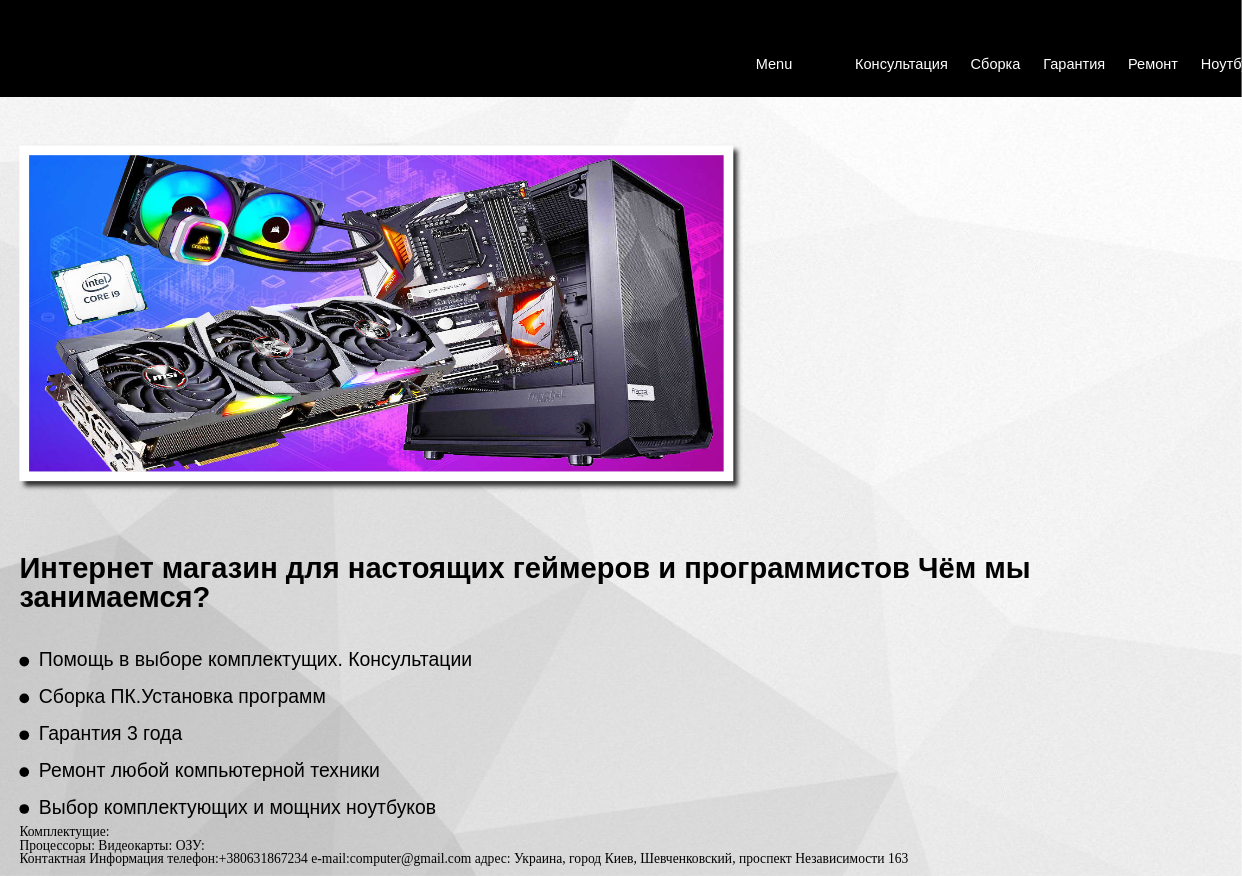
Repository: Bohdan-Sandovenko/First-Project-Flex
Page: index.html
The author's editor kept a copy of each file at every save. The page is drawn from the files as they stood at one save, then again after the next save.
The browser window is 1280 px wide. The pictures show the whole page, at 97% of full size.
The style sheet was rebuilt from its Sass, Less or Tailwind sources for each picture, by a compiler version that may differ from the author's.

Above is the page before, as saved 2024-07-28 23:26:28.

### index.html
<!DOCTYPE html>
<html lang="en">
<head>
    <meta charset="UTF-8">
    <meta name="viewport" content="width=device-width, initial-scale=1.0">
    <link rel="stylesheet" href="css/style.css">
    <title>Document</title>
</head>
<body>
    <header class="top-of-site">
        <nav class="nav-links-of-top">
            <button class="button-menu">Menu</button>
            <a href="">Консультация</a>
            <a href="">Сборка</a>
            <a href="">Гарантия</a>
            <a href="">Ремонт</a>
            <a href="">Ноутбуки</a>
        </nav>
    </header>
    <main class="content">
        <div class="content-top">
            <div class="content-top-image-block">
                <img src="images/first images.jpg" alt="sorry" class="content-top-image">
            </div>
            <span class="content-top-text-inside">Интернет магазин для настоящих геймеров и программистов
            Чём мы занимаемся?</span>
            <ul class="content-top-list">
                <li>Помощь в выборе комплектущих. Консультации</li>
                <li>Сборка ПК.Установка программ</li>
                <li>Гарантия 3 года</li>
                <li>Ремонт любой компьютерной техники</li>
                <li>Выбор комплектующих и мощних ноутбуков</li>
            </ul>
        </div>
        <div class="content-bottom">
            Комплектущие:
            <div class="photos-computer-compotent">
                Процессоры:
                Видеокарты:
                ОЗУ:
            </div>
        </div>
        <footer class="footer">
            Контактная Информация
            телефон:+380631867234
            e-mail:computer@gmail.com
            адрес: Украина, город Киев, Шевченковский, проспект Независимости 163
        </footer>
    </main>
</body>
</html>

### css/style.scss
@import "nullstyles.scss";
$color-black: black;
$color-white: white;
$color-green: rgb(5, 132, 132);
$color-grey: rgb(196, 199, 199);
$color-content: rgb(235, 235, 235);
$font-family-top: Arial, Helvetica, sans-serif;
$font-weight-header: 400;
$back-color-list-before: black;

%styles-link-top {
    margin: 0 40px 0px 0px;
    height: 30px;
    width: 80px;
    border-radius: 5px;
    background-color: $color-black;
    color: $color-white;
    font-family: $font-family-top;
    font-weight: $font-weight-header;
    font-size: 15px;
}

.top-of-site {
    width: 100%;
    height: 100px;
    background-color: black;
    padding: 50px;
    position: fixed;

    .nav-links-of-top {
        position: relative;
        top: 50%;
        right: -60%;

        .button-menu {
            // margin: 0 40px 0px 0px;
            // height: 30px;
            // width: 80px;
            // border-radius: 5px;
            // background-color: $color-black;
            // color: $color-white;
            // font-family: $font-family-top;
            // font-weight: $font-weight-header;
            // font-size: 15px;
            @extend %styles-link-top;

            &:hover {
                opacity: 0.9;
                border: 1px solid $color-green;
            }

            &:active {
                width: 79.5px;
                color: $color-grey;
            }

        }
    }

    a {
        padding: 0 20px 0 0;
        color: $color-white;
        font-family: Arial, Helvetica, sans-serif;
        font-weight: 400;
        font-size: 15px;
    }
}

////////////////////////////////////////////////////////////////////////////////////////////////
.content {
    padding: 100px 20px 10px 20px;
    background: url('../images/background-1.jpg');

    .content-top {
        .content-top-image-block {
            margin: 50px 0px 50px 0px;

            .content-top-image {
                width: 736px;
                height: 346px;
                border: 10px solid $color-white;
                box-shadow: 5px 5px 5px rgb(41, 41, 41);
                margin-bottom: 25px;
            }
        }

        .content-top-text-inside {
            font-family: $font-family-top;
            font-weight: 700;
            font-size: 30px;
        }

        .content-top-list {
            margin-top: 30px;
        }

        .content-top-list li {
            font-family: $font-family-top;
            font-size: 20px;
            line-height: 1.9;

            &::before {
                content: "";
                border-radius: 50%;
                width: 10px;
                height: 10px;
                background-color: $back-color-list-before;
                display: inline-block;
                margin-right: 10px;
            }

            &:nth-child(1):hover {
                font-size: 21px;
                font-weight: bold;
            }

            &:nth-child(2):hover {
                font-size: 21px;
                font-weight: bold;
            }

            &:nth-child(3):hover {
                font-size: 21px;
                font-weight: bold;
            }

            &:nth-child(4):hover {
                font-size: 21px;
                font-weight: bold;
            }

            &:nth-child(5):hover {
                font-size: 21px;
                font-weight: bold;
            }

            &:hover::before {
                background-color: rgb(140, 4, 4);
            }
        }
    }
}

### css/nullstyles.scss
* {
    padding: 0;
    margin: 0;
    border: 0;
}


*,
*:before,
*:after {
    -webkit-box-sizing: border-box;
    -moz-box-sizing: border-box;
    box-sizing: border-box;
}


:focus,
:active {
    outline: none;
}

a:focus,
a:active {
    outline: none;
}


nav,
footer,
header,
aside {
    display: block;
}


html,
body {
    height: 100%;
    width: 100%;
    font-size: 100%;
    line-height: 1;
    font-size: 14px;
    -ms-text-size-adjust: 100%;
    -moz-text-size-adjust: 100%;
    -webkit-text-size-adjust: 100%;
}


input,
button,
textarea {
    font-family: inherit;
}


input::-ms-clear {
    display: none;
}

button {
    cursor: pointer;
}

button::-moz-focus-inner {
    padding: 0;
    border: 0;
}

a,
a:visited {
    text-decoration: none;
}

a:hover {
    text-decoration: none;
}

ul li {
    list-style: none;
}

img {
    vertical-align: top;
}

h1,
h2,
h3,
h4,
h5,
h6 {
    font-size: inherit;
    font-weight: 400;
}

After the next save:
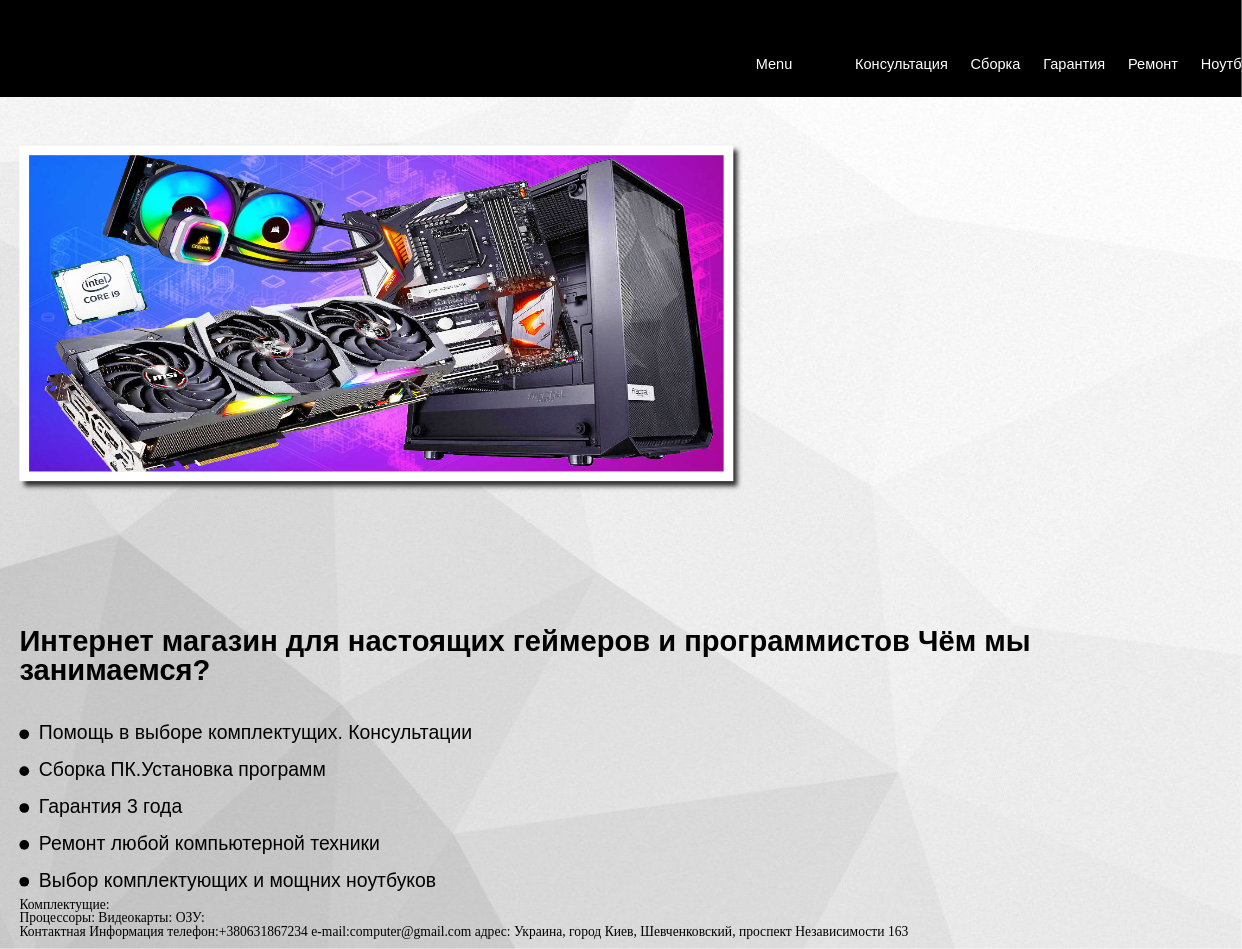
Saved 44 s later.
--- a/css/style.scss
+++ b/css/style.scss
@@ -80,7 +80,7 @@
                 height: 346px;
                 border: 10px solid $color-white;
                 box-shadow: 5px 5px 5px rgb(41, 41, 41);
-                margin-bottom: 25px;
+                margin-bottom: 100px;
             }
         }
 
